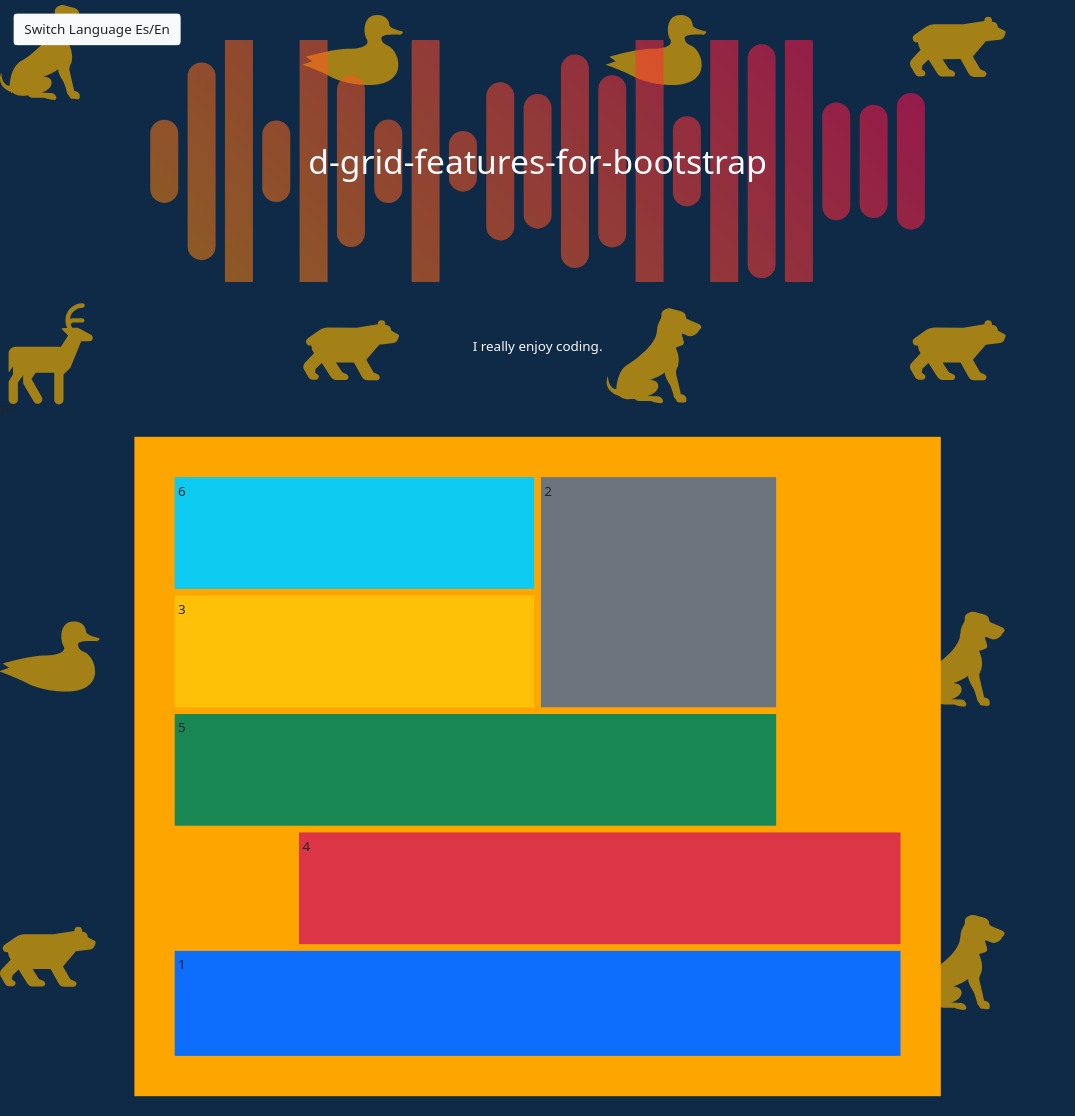
Repository: LynxPardelle/d-grid-features-for-bootstrap
Page: index.html
The author's editor kept a copy of each file at every save. The page is drawn from the files as they stood at one save, then again after the next save.
The browser window is 1280 px wide. The pictures show the whole page, at 84% of full size.
After loading, the first visible `#switch-lang` was clicked once.

Above is the page before, as saved 2021-10-21 00:10:42.

### index.html
<!DOCTYPE html>
<html lang="es">
  <head>
    <meta charset="UTF-8" />
    <meta http-equiv="X-UA-Compatible" content="IE=edge" />
    <meta name="viewport" content="width=device-width, initial-scale=1.0" />
    <meta name="author" content="Lynx Pardelle" />
    <title>d-grid-features-for-bootstrap</title>
    <link
      href="https://cdn.jsdelivr.net/npm/bootstrap@5.1.3/dist/css/bootstrap.min.css"
      rel="stylesheet"
      integrity="sha384-1BmE4kWBq78iYhFldvKuhfTAU6auU8tT94WrHftjDbrCEXSU1oBoqyl2QvZ6jIW3"
      crossorigin="anonymous"
    />
    <style>
      body {
        background-image: url("data:[embedded picture, 9376 characters]");
        background-size: cover;
        background-repeat: repeat;
        background-position: left top;
      }

      h1 {
        background-image: url("data:[embedded picture, 2297 characters]");
        background-size: cover;
        background-repeat: no-repeat;
        background-position: center center;
        padding: 7.5rem;
      }
    </style>
  </head>
  <body>
    <!-- Change Languaje -->
    <button id="switch-lang" onclick="SwitchLang()" class="d-block btn btn-light text-dark position-fixed top-0 start-0 mt-3 ms-3 ">
      <span lang="en">
        Switch Language Es/En
      </span>
      <span lang="es">
        Cambiar lenguaje Es/En
      </span>
    </button>

    <h1 class="text-center text-light my-5">d-grid-features-for-bootstrap</h1>

    <div class="text-center text-light p-3 m-3">
      <p lang="en">I really enjoy coding.</p>
      <p lang="es">Me gusta mucho la codificación.</p>
    </div>p>
    </div>

    <!-- <section class="d-grid bg-dark" data-gfbs data-gfbs-gtc="repeat(4, 1fr)" data-gfbs-gtr="repeat(2, 50px)" > -->
    <!-- <section class="d-grid bg-dark" data-gfbs data-gfbs-gta='"f f b c c a"" f f d e e a"'> -->
    <section
      class="d-grid w-75 mx-auto my-4"
      data-gfbs
      data-gfbs-custom="background-color: black; padding: 1rem;"
      data-gfbs-custom-sm="background-color: pink; padding: 2rem;"
      data-gfbs-custom-md="background-color: orange; padding: 3rem;"
      data-gfbs-gt='
      [row1-start] "a a b ." 12.5px [row1-end]
      [row2-start] "a a b ." 12.5px [row2-end]
      [row3-start] "c c b d" 12.5px [row3-end]
      [row4-start] "c c b d" 12.5px [row4-end]
      [row5-start] "e e e d" 12.5px [row5-end]
      [row6-start] "e e e d" 12.5px [row6-end]
      [row7-start] ". f f f" 12.5px [row7-end]
      [row8-start] ". f f f" 12.5px [row8-end]
      [row9-start] "g g g g" 25px [row9-end]
      / 2fr 1fr 1fr 3fr'
      data-gfbs-gt-sm='
      [row1-start] "a b b ." 25px [row1-end]
      [row2-start] "a b b ." 25px [row2-end]
      [row3-start] "c c c ." 25px [row3-end]
      [row4-start] "c c c ." 25px [row4-end]
      [row5-start] "e e d d" 25px [row5-end]
      [row6-start] "e e d d" 25px [row6-end]
      [row7-start] ". f f ." 25px [row7-end]
      [row8-start] ". f f ." 25px [row8-end]
      [row9-start] "g g g g" 50px [row9-end]
      / 1fr 2fr 2fr 1fr'
      data-gfbs-gt-md='
      [row1-start] "a a a b" 37.5px [row1-end]
      [row2-start] "a a a b" 37.5px [row2-end]
      [row3-start] "c c d d" 37.5px [row3-end]
      [row4-start] "c c d d" 37.5px [row4-end]
      [row5-start] "e e d d" 37.5px [row5-end]
      [row6-start] "e e d d" 37.5px [row6-end]
      [row7-start] "f f f f" 37.5px [row7-end]
      [row8-start] "g g g g" 37.5px [row8-end]
      [row9-start] "g g g g" 75px [row9-end]
      / 1fr 2fr 2fr 1fr'
      data-gfbs-gt-lg='
      [row1-start] "a a b ." 50px [row1-end]
      [row2-start] "a a b ." 50px [row2-end]
      [row3-start] "c c b d" 50px [row3-end]
      [row4-start] "c c b d" 50px [row4-end]
      [row5-start] "e e e d" 50px [row5-end]
      [row6-start] "e e e d" 50px [row6-end]
      [row7-start] ". f f f" 50px [row7-end]
      [row8-start] ". f f f" 50px [row8-end]
      [row9-start] "g g g g" 100px [row9-end]
      / 1fr 2fr 2fr 1fr'
      data-gfbs-gt-xl='
      [row1-start] "a a b ." 62.5px [row1-end]
      [row2-start] "a a b ." 62.5px [row2-end]
      [row3-start] "c c b d" 62.5px [row3-end]
      [row4-start] "c c b d" 62.5px [row4-end]
      [row5-start] "e e e d" 62.5px [row5-end]
      [row6-start] "e e e d" 62.5px [row6-end]
      [row7-start] ". f f f" 62.5px [row7-end]
      [row8-start] ". f f f" 62.5px [row8-end]
      [row9-start] "g g g g" 125px [row9-end]
      / 1fr 2fr 2fr 1fr'
      data-gfbs-gt-xxl='
      [row1-start] "a a b ." 87.5px [row1-end]
      [row2-start] "a a b ." 87.5px [row2-end]
      [row3-start] "c c b d" 87.5px [row3-end]
      [row4-start] "c c b d" 87.5px [row4-end]
      [row5-start] "e e e d" 87.5px [row5-end]
      [row6-start] "e e e d" 87.5px [row6-end]
      [row7-start] ". f f f" 87.5px [row7-end]
      [row8-start] ". f f f" 87.5px [row8-end]
      [row9-start] "g g g g" 150px [row9-end]
      / 1fr 2fr 2fr 1fr'
      data-gfbs-gap="0.5rem"
    >
      <!-- data-gfbs-cg="1rem"
      data-gfbs-rg="1rem" -->
      <div
        data-gfbs
        data-gfbs-iga="a"
        data-gfbs-iga-sm="g"
        class="bg-primary p-1"
      >
        1
      </div>

      <div data-gfbs data-gfbs-iga="b" class="bg-secondary p-1">2</div>
      <div data-gfbs data-gfbs-iga="c" class="bg-warning p-1">3</div>
      <div
        data-gfbs
        data-gfbs-iga="d"
        data-gfbs-iga-lg="f"
        class="bg-danger p-1"
      >
        4
      </div>
      <div data-gfbs data-gfbs-iga="e" class="bg-success p-1">5</div>
      <div data-gfbs data-gfbs-iga="f" data-gfbs-iga-md="a" class="bg-info p-1">
        6
      </div>
    </section>

    <script
      src="https://cdn.jsdelivr.net/npm/bootstrap@5.1.3/dist/js/bootstrap.bundle.min.js"
      integrity="sha384-ka7Sk0Gln4gmtz2MlQnikT1wXgYsOg+OMhuP+IlRH9sENBO0LRn5q+8nbTov4+1p"
      crossorigin="anonymous"
    ></script>
    <script src="./d-grid.js"></script>
    <script src="./langChanger.js"></script>
  </body>
</html>

### d-grid.js
"use strict";

function gridCreate(){
  let wWidth = window.innerWidth;
  let gridElements = document.querySelectorAll("[data-gfbs]");

  function checkIfHasBP(gridElement, atr) {
    let hasIt = false;
    for (let attribute of gridElement.attributes) {
      let at = attribute.localName;
      if (at.includes(atr)) {
        switch (true) {
          case at.includes("-sm") && wWidth >= 576 && wWidth < 768:
            hasIt = true;
            break;
          case at.includes("-md") && wWidth >= 768 && wWidth < 992:
            hasIt = true;
            break;
          case at.includes("-lg") && wWidth >= 992 && wWidth < 1200:
            hasIt = true;
            break;
          case at.includes("-xl") && wWidth >= 1200 && wWidth < 1400:
            hasIt = true;
            break;
          case at.includes("-xxl") && wWidth >= 1400:
            hasIt = true;
            break;
        }
      }
    }

    return hasIt;
  }

  for (let gridElement of gridElements) {
    for (let attribute of gridElement.attributes) {
      let at = attribute.localName;
      let attValue = attribute.value;

      if (
        at.includes("gfbs-") &&
        ((!at.includes("-sm") &&
          !at.includes("-md") &&
          !at.includes("-lg") &&
          !at.includes("-xl") &&
          !at.includes("-xxl") &&
          !checkIfHasBP(gridElement, at)) ||
          (at.includes("-sm") &&
            wWidth >= 576 &&
            (!at.includes("-md") || (at.includes("-md") && wWidth < 768)) &&
            (!at.includes("-lg") || (at.includes("-lg") && wWidth < 992)) &&
            (!at.includes("-xl") || (at.includes("-xl") && wWidth < 1200)) &&
            (!at.includes("-xll") || (at.includes("-xxl") && wWidth < 1400))) ||
          (at.includes("-md") &&
            wWidth >= 768 &&
            (!at.includes("-lg") || (at.includes("-lg") && wWidth < 992)) &&
            (!at.includes("-xl") || (at.includes("-xl") && wWidth < 1200)) &&
            (!at.includes("-xll") || (at.includes("-xxl") && wWidth < 1400))) ||
          (at.includes("-lg") &&
            wWidth >= 992 &&
            (!at.includes("-xl") || (at.includes("-xl") && wWidth < 1200)) &&
            (!at.includes("-xll") || (at.includes("-xxl") && wWidth < 1400))) ||
          (at.includes("-xl") &&
            wWidth >= 1200 &&
            (!at.includes("-xll") || (at.includes("-xxl") && wWidth < 1400))) ||
          (at.includes("-xxl") && wWidth >= 1400))
      ) {
        switch (true) {
          /* Container */
          case at.includes("custom"):
            gridElement.style.cssText += attValue;
            break;
          case at.includes("gtc"):
            gridElement.style.gridTemplateColumns = attValue;
            break;
          case at.includes("gtr"):
            gridElement.style.gridTemplateRows = attValue;
            break;
          case at.includes("gta"):
            gridElement.style.gridTemplateAreas = attValue;
            break;
          case at.includes("gt"):
            gridElement.style.gridTemplate = attValue;
            break;
          case at.includes("cg"):
            gridElement.style.columnGap = attValue;
            break;
          case at.includes("rg"):
            gridElement.style.rowGap = attValue;
            break;
          case at.includes("gap"):
            gridElement.style.gap = attValue;
            break;
          case at.includes("ji"):
            gridElement.style.justifyItems = attValue;
            break;
          case at.includes("ai"):
            gridElement.style.alignItems = attValue;
            break;
          case at.includes("pi"):
            gridElement.style.placeItems = attValue;
            break;
          case at.includes("jc"):
            gridElement.style.justifyContent = attValue;
            break;
          case at.includes("ac"):
            gridElement.style.alignContent = attValue;
            break;
          case at.includes("pc"):
            gridElement.style.placeContent = attValue;
            break;
          case at.includes("gac"):
            gridElement.style.gridAutoColumns = attValue;
            break;
          case at.includes("gar"):
            gridElement.style.gridAutoRows = attValue;
            break;
          case at.includes("gaf"):
            gridElement.style.gridAutoFlow = attValue;
            break;
          case at.includes("grid"):
            gridElement.style.grid = attValue;
            break;

          /* Item */
          case at.includes("gcs"):
            gridElement.style.gridColumnStart = attValue;
            break;
          case at.includes("gce"):
            gridElement.style.gridColumnEnd = attValue;
            break;
          case at.includes("gc"):
            gridElement.style.gridColumn = attValue;
            break;
          case at.includes("grs"):
            gridElement.style.gridRowStart = attValue;
            break;
          case at.includes("gre"):
            gridElement.style.gridRowEnd = attValue;
            break;
          case at.includes("gr"):
            gridElement.style.gridRow = attValue;
            break;
          case at.includes("iga"):
            gridElement.style.gridArea = attValue;
            break;
          case at.includes("js"):
            gridElement.style.justifySelf = attValue;
            break;
          case at.includes("as"):
            gridElement.style.alignSelf = attValue;
            break;
          case at.includes("ps"):
            gridElement.style.placeSelf = attValue;
            break;
        }
      }
    }
  }
}

window.onload = gridCreate();
window.addEventListener("resize", gridCreate);

### langChanger.js
let currentLang = document.documentElement.lang;

let elementsEs = document.querySelectorAll('[lang="es"]');
let elementsEn = document.querySelectorAll('[lang="en"]');


for (let element of elementsEn) {
  element.classList.add("d-none");
}

// document.getElementById("switch-lang").addEventListener("click", SwitchLang());
function SwitchLang() {
  if(currentLang === 'es'){
    currentLang = 'en';
    document.documentElement.lang = 'en';
  } else {
    currentLang = 'es';
    document.documentElement.lang = 'es';
  }
  console.log(currentLang);
  switch (true) {
    case currentLang === 'es':
      document.documentElement.lang = 'es';
      for (let element of elementsEn) {
        console.log(element);
        if (!hasClass(element, "d-none") && element.nodeName !== 'HTML') {
          element.classList.add("d-none");
        }
      }
      for (let element of elementsEs) {
        if (hasClass(element, "d-none")) {
          element.classList.remove("d-none");
        }
      }
      break;
    case currentLang === 'en':
      document.documentElement.lang = 'en';
      for (let element of elementsEs) {
        console.log(element);
        console.log(element.nodeName);
        if (!hasClass(element, "d-none") && element.nodeName !== 'HTML') {
          element.classList.add("d-none");
        }
      }
      for (let element of elementsEn) {
        if (hasClass(element, "d-none")) {
          element.classList.remove("d-none");
        }
      }
      break;
  }
}

function hasClass(element, className) {
  return (" " + element.className + " ").indexOf(" " + className + " ") > -1;
}

After the next save:
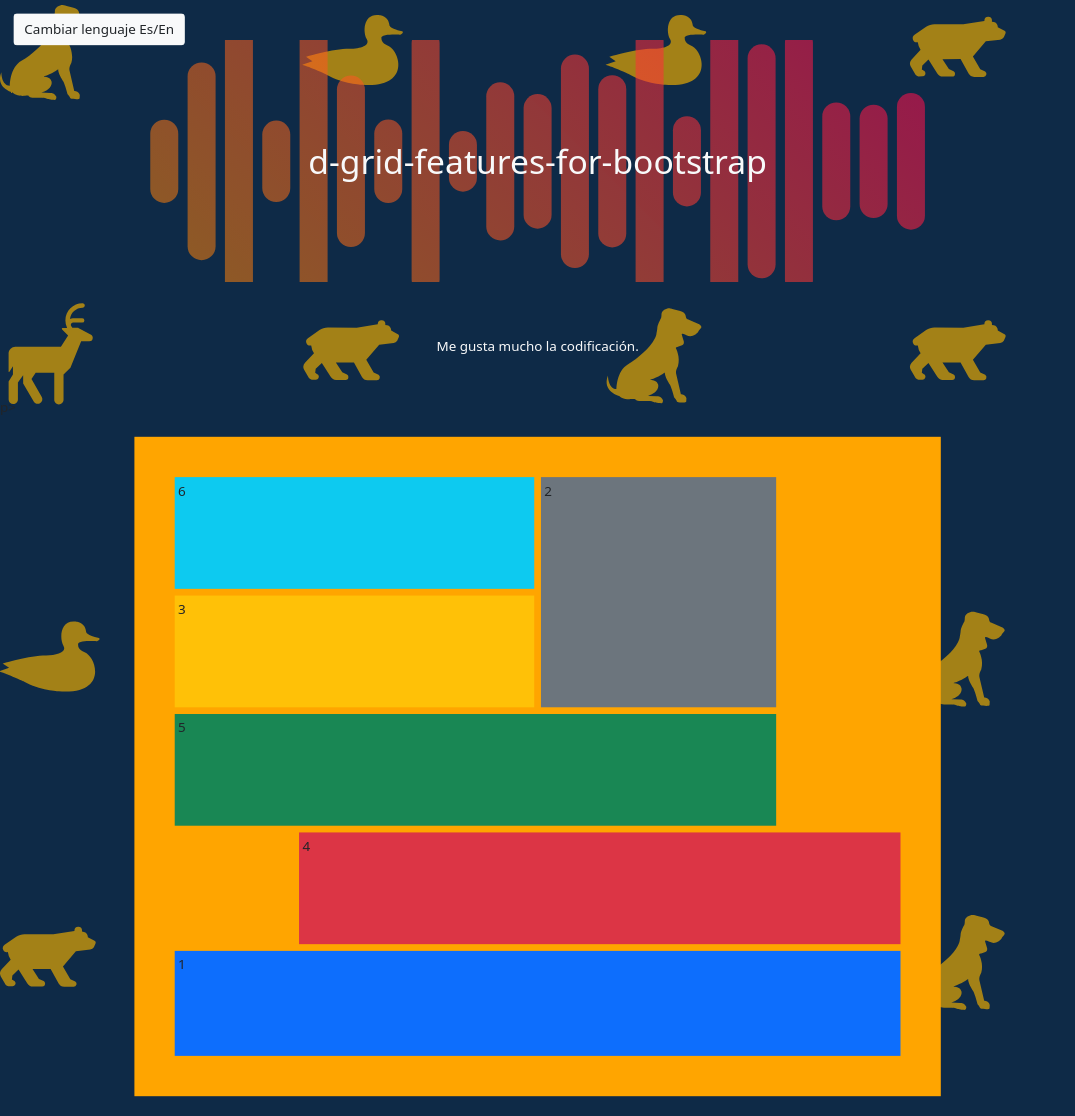
Saved 87 s later.
--- a/langChanger.js
+++ b/langChanger.js
@@ -2,53 +2,55 @@
 
 let elementsEs = document.querySelectorAll('[lang="es"]');
 let elementsEn = document.querySelectorAll('[lang="en"]');
-
 
 for (let element of elementsEn) {
   element.classList.add("d-none");
 }
 
 // document.getElementById("switch-lang").addEventListener("click", SwitchLang());
-function SwitchLang() {
-  if(currentLang === 'es'){
-    currentLang = 'en';
-    document.documentElement.lang = 'en';
-  } else {
-    currentLang = 'es';
-    document.documentElement.lang = 'es';
-  }
-  console.log(currentLang);
-  switch (true) {
-    case currentLang === 'es':
-      document.documentElement.lang = 'es';
-      for (let element of elementsEn) {
-        console.log(element);
-        if (!hasClass(element, "d-none") && element.nodeName !== 'HTML') {
-          element.classList.add("d-none");
+async function SwitchLang() {
+  await (() => {
+    if (currentLang === "es") {
+      currentLang = "en";
+      document.documentElement.lang = "en";
+    } else {
+      currentLang = "es";
+      document.documentElement.lang = "es";
+    }
+  });
+  await (() => {
+    switch (true) {
+      case currentLang === "es":
+        document.documentElement.lang = "es";
+        for (let element of elementsEn) {
+          console.log(element);
+          if (!hasClass(element, "d-none") && element.nodeName !== "HTML") {
+            element.classList.add("d-none");
+          }
         }
-      }
-      for (let element of elementsEs) {
-        if (hasClass(element, "d-none")) {
-          element.classList.remove("d-none");
+        for (let element of elementsEs) {
+          if (hasClass(element, "d-none")) {
+            element.classList.remove("d-none");
+          }
         }
-      }
-      break;
-    case currentLang === 'en':
-      document.documentElement.lang = 'en';
-      for (let element of elementsEs) {
-        console.log(element);
-        console.log(element.nodeName);
-        if (!hasClass(element, "d-none") && element.nodeName !== 'HTML') {
-          element.classList.add("d-none");
+        break;
+      case currentLang === "en":
+        document.documentElement.lang = "en";
+        for (let element of elementsEs) {
+          console.log(element);
+          console.log(element.nodeName);
+          if (!hasClass(element, "d-none") && element.nodeName !== "HTML") {
+            element.classList.add("d-none");
+          }
         }
-      }
-      for (let element of elementsEn) {
-        if (hasClass(element, "d-none")) {
-          element.classList.remove("d-none");
+        for (let element of elementsEn) {
+          if (hasClass(element, "d-none")) {
+            element.classList.remove("d-none");
+          }
         }
-      }
-      break;
-  }
+        break;
+    }
+  });
 }
 
 function hasClass(element, className) {

After the 3 saves that followed:
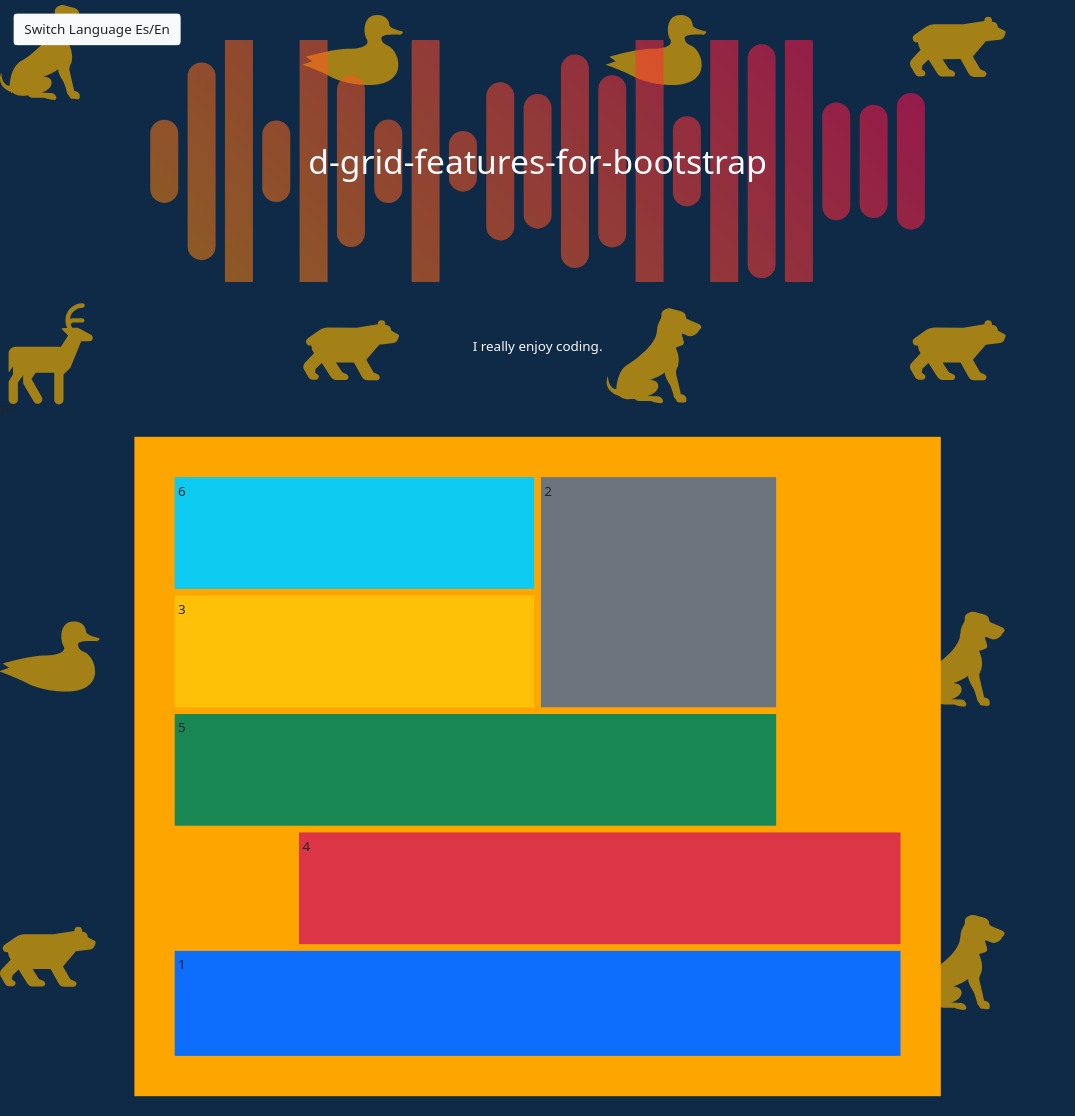
The 3 saves are shown as one change because 2 left the picture as it was.
The last was saved 104 s later.
--- a/langChanger.js
+++ b/langChanger.js
@@ -2,55 +2,52 @@
 
 let elementsEs = document.querySelectorAll('[lang="es"]');
 let elementsEn = document.querySelectorAll('[lang="en"]');
+
 
 for (let element of elementsEn) {
   element.classList.add("d-none");
 }
 
 // document.getElementById("switch-lang").addEventListener("click", SwitchLang());
-async function SwitchLang() {
-  await (() => {
-    if (currentLang === "es") {
-      currentLang = "en";
-      document.documentElement.lang = "en";
-    } else {
-      currentLang = "es";
-      document.documentElement.lang = "es";
-    }
-  });
-  await (() => {
-    switch (true) {
-      case currentLang === "es":
-        document.documentElement.lang = "es";
-        for (let element of elementsEn) {
-          console.log(element);
-          if (!hasClass(element, "d-none") && element.nodeName !== "HTML") {
-            element.classList.add("d-none");
-          }
+function SwitchLang() {
+  if(currentLang === 'es'){
+    currentLang = 'en';
+    document.documentElement.lang = 'en';
+  } else {
+    currentLang = 'es';
+    document.documentElement.lang = 'es';
+  }
+  switch (true) {
+    case currentLang === 'es':
+      document.documentElement.lang = 'es';
+      for (let element of elementsEn) {
+        console.log(element);
+        if (!hasClass(element, "d-none") && element.nodeName !== 'HTML') {
+          element.classList.add("d-none");
         }
-        for (let element of elementsEs) {
-          if (hasClass(element, "d-none")) {
-            element.classList.remove("d-none");
-          }
+      }
+      for (let element of elementsEs) {
+        if (hasClass(element, "d-none")) {
+          element.classList.remove("d-none");
         }
-        break;
-      case currentLang === "en":
-        document.documentElement.lang = "en";
-        for (let element of elementsEs) {
-          console.log(element);
-          console.log(element.nodeName);
-          if (!hasClass(element, "d-none") && element.nodeName !== "HTML") {
-            element.classList.add("d-none");
-          }
+      }
+      break;
+    case currentLang === 'en':
+      document.documentElement.lang = 'en';
+      for (let element of elementsEs) {
+        console.log(element);
+        console.log(element.nodeName);
+        if (!hasClass(element, "d-none") && element.nodeName !== 'HTML') {
+          element.classList.add("d-none");
         }
-        for (let element of elementsEn) {
-          if (hasClass(element, "d-none")) {
-            element.classList.remove("d-none");
-          }
+      }
+      for (let element of elementsEn) {
+        if (hasClass(element, "d-none")) {
+          element.classList.remove("d-none");
         }
-        break;
-    }
-  });
+      }
+      break;
+  }
 }
 
 function hasClass(element, className) {
